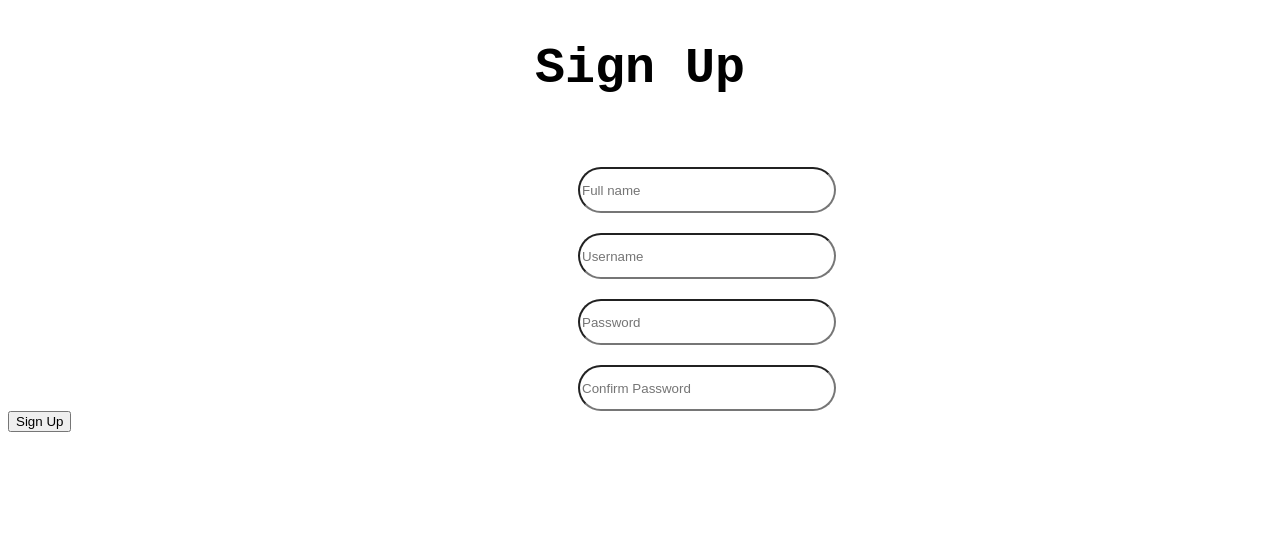
Repository: yhung004/TUTORIAL_PAGE
Page: sign_up.html
The author's editor kept a copy of each file at every save. The page is drawn from the files as they stood at one save, then again after the next save.
The browser window is 1280 px wide. The pictures show the whole page.

Above is the page before, as saved 2024-04-10 13:05:45.

### sign_up.html
<!DOCTYPE html>
<html lang="en">
<head>
    <meta charset="UTF-8">
    <meta name="viewport" content="width=device-width, initial-scale=1.0">
    <title>Sign_Up</title>
    <link rel="stylesheet" href="main.css">
</head>
<body>
    <h3 class="sign_up">Sign Up</h3>
    <input type="text" placeholder="Full name" class="fname"> <br>
    <input type="text" placeholder="Username" class="uname"> <br>
    <input type="text" placeholder="Password" class="pwd"><br>
    <input type="text" placeholder="Confirm Password" class="cpwd"><br>
    <button class="button_out">
        Sign Up
    </button>

</body>
</html>

### main.css
.welcome{
    text-align: center;
    font-family: 'Courier New', Courier, monospace;
    font-size: 30px;
    margin-top: 80px;
}
.welcome_text {
    margin-top: 20px;
    text-align:center;
    font-family: 'Courier New', Courier, monospace;
    font-size: 30px;
}
.button_a {
    position: relative;
    left: 580px;
    background-color:white;
    border-radius: 30px;
    font-size: 40px;
    padding: 2px 18px 2px 18px;
    margin-top: 20px;
}
.button_b {
    position: relative;
    right: -600px;
    border-radius: 40px;
    background-color: rgb(63, 60, 60);
    color:white;
    font-size: 40px;
    padding: 2px 7px 2px 7px;
    margin-top: 20px;
}
.button_a:hover {
    background-color:blue;
    color:white;
}
.button_b:hover {
    color:black;
    background-color:rgb(71, 68, 69);
}
.login {
    text-align:center;
    font-size: 50px;
    font-family: monospace;
    margin-top: 60px;
}
.username {
    position: relative;
    border-radius: 30px;
    left: 570px;
    width: 250px;
    height: 40px;
}
.password {
    position: relative;
    border-radius: 30px;
    left: 570px;
    width: 250px;
    height: 40px;
    margin-top: 40px;
}
.button_in {
    position: relative;
    left: 630px;
    margin-top: 60px;
    background-color:white;
    color: black;
    font-size: 30px;
    font-family: monospace;
    border-radius: 20px;
    padding: 2px 7px 2px 7px;

}
.button_in:hover {
    background-color:blue;
    color:white;
}
.sign_up {
    text-align:center;
    font-size: 50px;
    font-family: monospace;
    margin-top: 40px;
}
.fname {
    position: relative;
    border-radius: 30px;
    left: 570px;
    width: 250px;
    height: 40px;
    margin-top: 20px;
}
.uname {
    position: relative;
    border-radius: 30px;
    left: 570px;
    width: 250px;
    height: 40px;
    margin-top: 20px;
}
.pwd {
    position: relative;
    border-radius: 30px;
    left: 570px;
    width: 250px;
    height: 40px;
    margin-top: 20px;
}
.cpwd {
    position: relative;
    border-radius: 30px;
    left: 570px;
    width: 250px;
    height: 40px;
    margin-top: 20px;
}

After the next save:
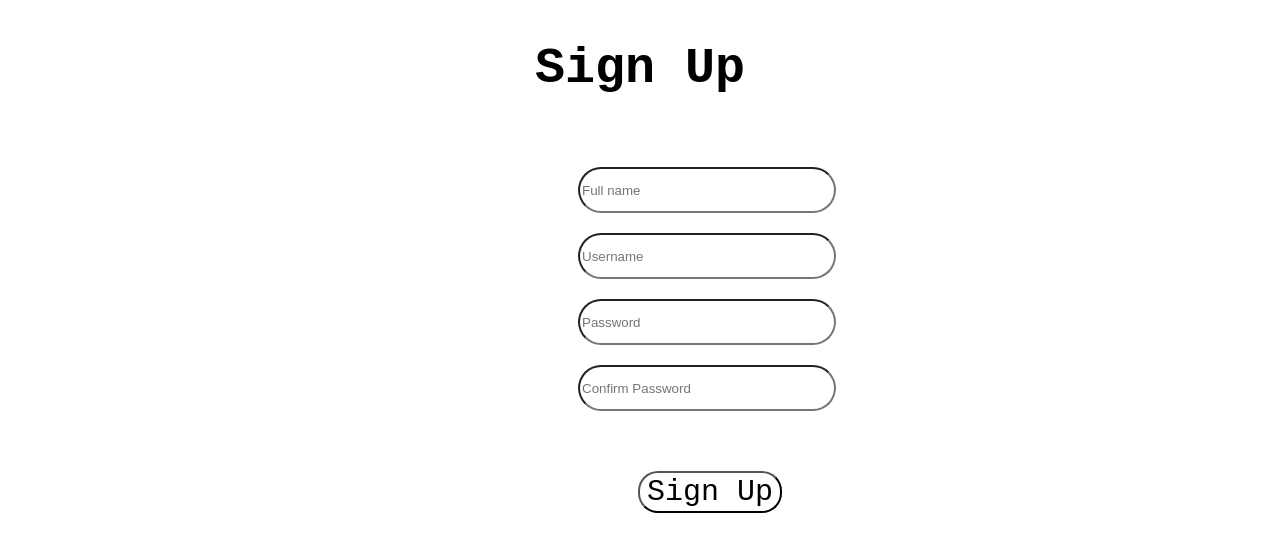
Saved 57 s later.
--- a/main.css
+++ b/main.css
@@ -112,3 +112,14 @@
     height: 40px;
     margin-top: 20px;
 }
+.button_out {
+    position: relative;
+    left: 630px;
+    margin-top: 60px;
+    background-color:white;
+    color: black;
+    font-size: 30px;
+    font-family: monospace;
+    border-radius: 20px;
+    padding: 2px 7px 2px 7px;
+}
